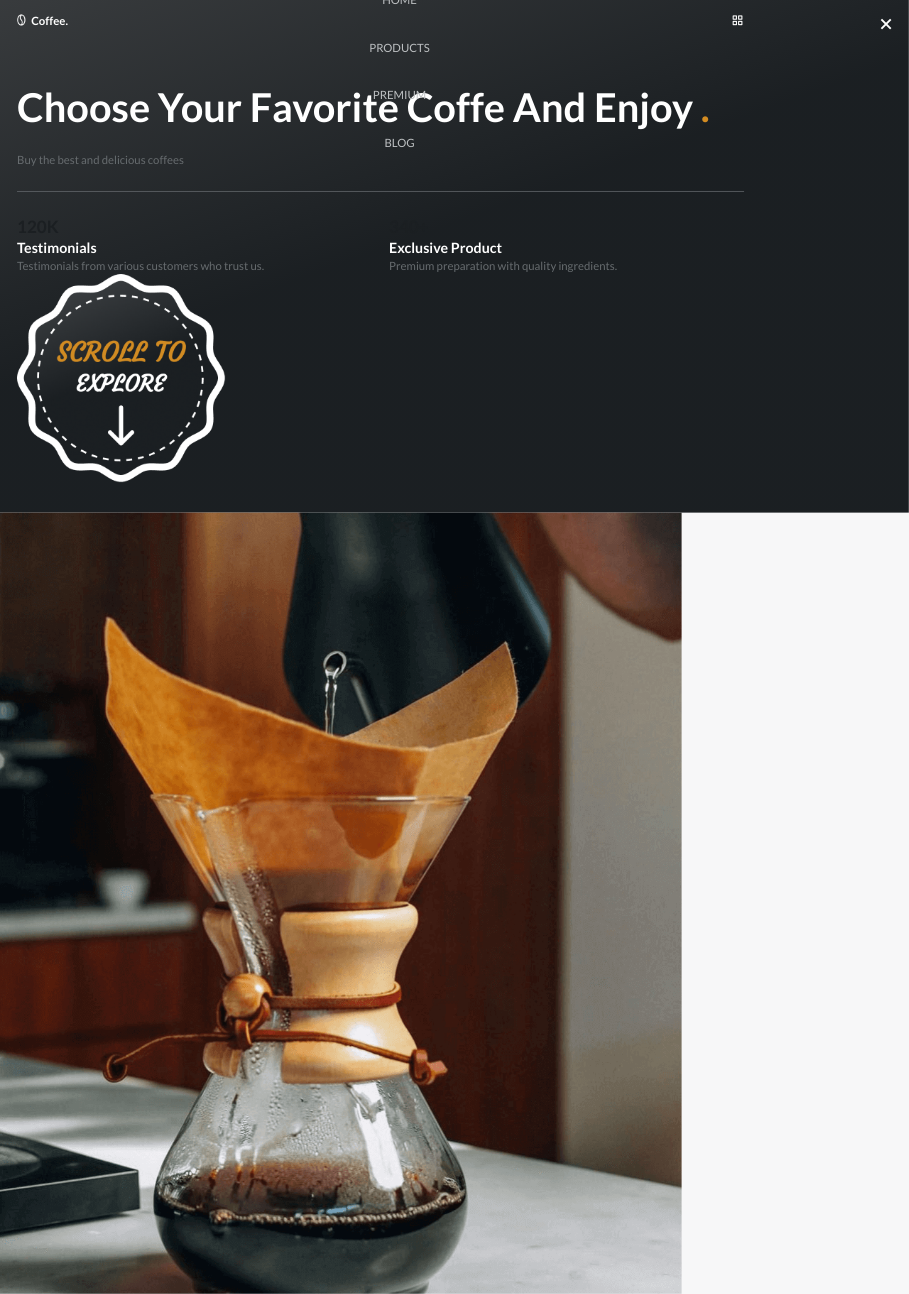
Repository: phong121020/coffee-responsive
Page: index.html
These files come from the project's save history. The page is drawn as it stood at one moment and after the next save; the edit follows.
The browser window is 1280 px wide. The pictures show the whole page, at 71% of full size.

Above is the page before, as saved 2022-03-06 17:57:22.

After the next save:
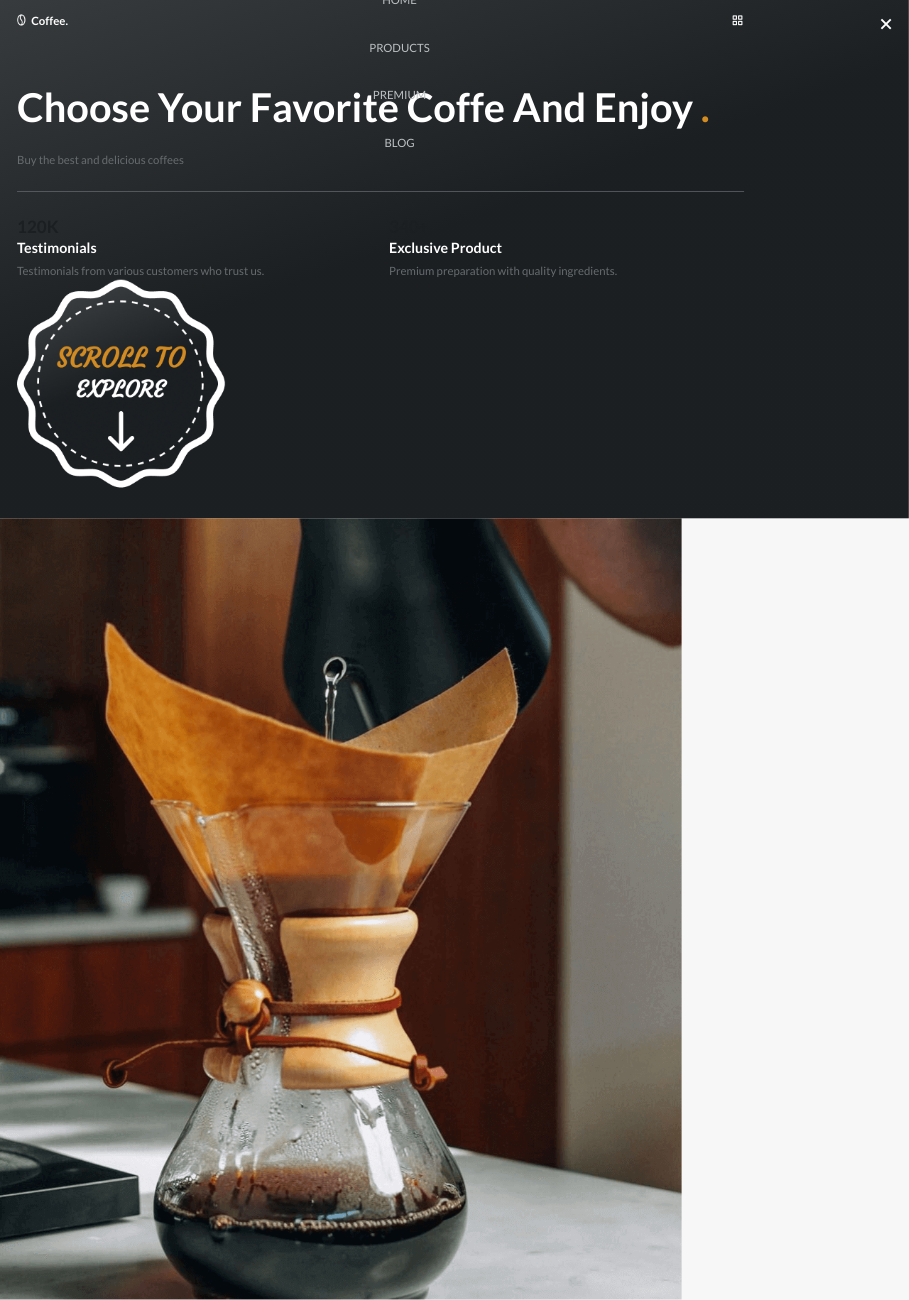
Saved 7 s later.
--- a/assets/css/style.css
+++ b/assets/css/style.css
@@ -241,5 +241,5 @@ button {
 }
 .home__data-title {
   font-size: var(--h3-font-size);
-  mask-border-mode: ;
-}
+  margin-bottom: 0.5rem;
+}
